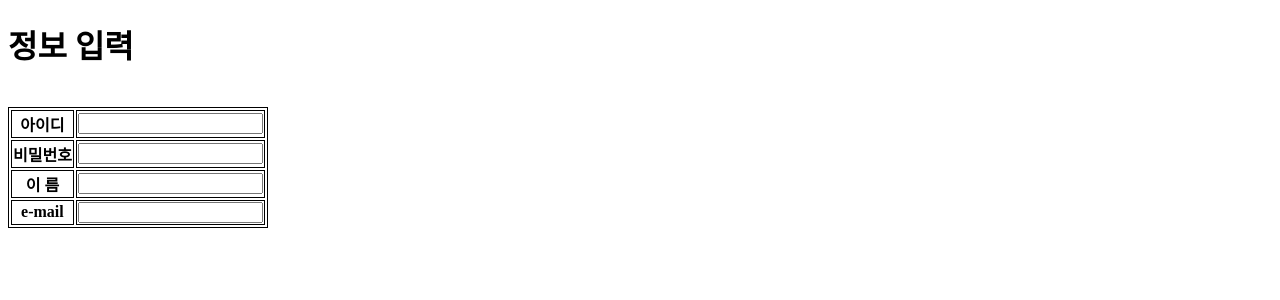
Repository: Jh1227/JSP
Page: http://localhost/12_EL/ex02_param/memberForm.jsp
The author's editor kept a copy of each file at every save. The page is drawn from the files as they stood at one save, then again after the next save.
The browser window is 1280 px wide. The pictures show the whole page.
The page is served by Tomcat 9. Other server files are loaded and not shown.

Above is the page before, as saved 2023-04-10 01:04:43.

### 12_EL/src/main/webapp/ex02_param/memberForm.jsp

<!-- ex02_param/memberForm.jsp -->

<%@ page language="java" contentType="text/html; charset=UTF-8"
    pageEncoding="UTF-8"%>
<!DOCTYPE html>
<html>
<head>
<meta charset="UTF-8">
<title>memberForm.jsp</title>
<!--
	# MemberBean 의 정보(id, pw, 이름, e-mail)을 입력받은 결과를 'memberPro.jsp' 확인하는 페이지를 구현하세요
-->
<style type="text/css">
table, th, td { border: 1px solid black; }
</style>
</head>
<body>
	<h1>정보 입력</h1>
	<br>
	<form action="memberPro.jsp" method ="post">
		<table>
			<tr>
				<th> 아이디 </th>
				<td><input type ="text" name ="id"></td>
			</tr>
			<tr>
				<th> 비밀번호 </th>
				<td><input type ="password" name ="pwd"></td>
			</tr>
			<tr>
				<th> 이 름 </th>
				<td><input type ="text" name ="name"></td>
			</tr>
			<tr>
				<th> e-mail </th>
				<td><input type ="text" name ="e-mail"></td>
			</tr>
		</table>
	</form>
</body>
</html>

After the next save:
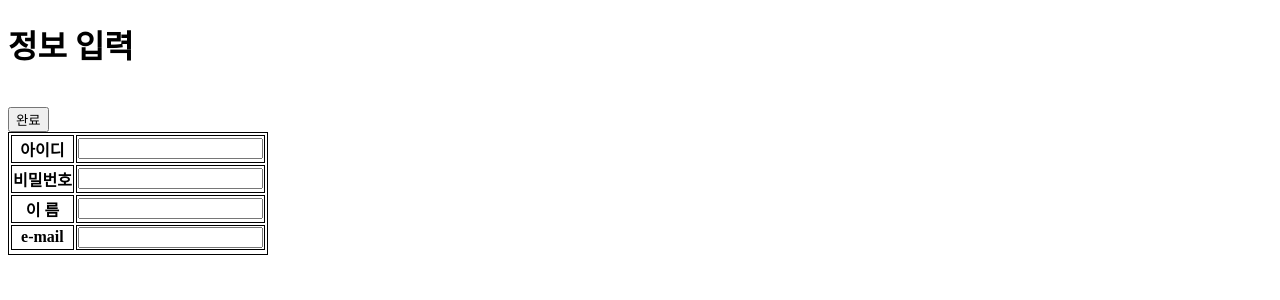
Saved 34 s later.
--- a/12_EL/src/main/webapp/ex02_param/memberForm.jsp
+++ b/12_EL/src/main/webapp/ex02_param/memberForm.jsp
@@ -36,6 +36,9 @@ table, th, td { border: 1px solid black; }
 				<th> e-mail </th>
 				<td><input type ="text" name ="e-mail"></td>
 			</tr>
+			<tr>
+				<input type ="submit" value ="완료">
+			</tr>
 		</table>
 	</form>
 </body>
